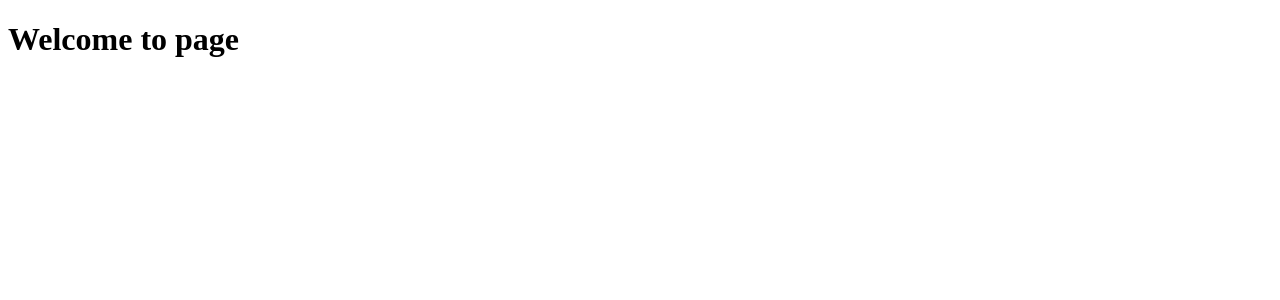
Repository: Senyadt2/Projects-On-Java
Page: http://localhost/JSPDemo1/
The author's editor kept a copy of each file at every save. The page is drawn from the files as they stood at one save, then again after the next save.
The browser window is 1280 px wide. The pictures show the whole page.
The page is served by Tomcat 9.

Above is the page before, as saved 2024-03-25 04:57:19.

### JSPDemo1/src/main/webapp/index.jsp
<%@ page language="java" contentType="text/html; charset=ISO-8859-1"
    pageEncoding="ISO-8859-1"%>
<!DOCTYPE html>
<html>
<head>
<meta charset="ISO-8859-1">
<title>Insert title here</title>
</head>
<body>
	<h1>Welcome to page</h1>
	<% String name = "Ravi";
	int length = name.length();
	%>

	<% %>
</body>
</html>

After the next save:
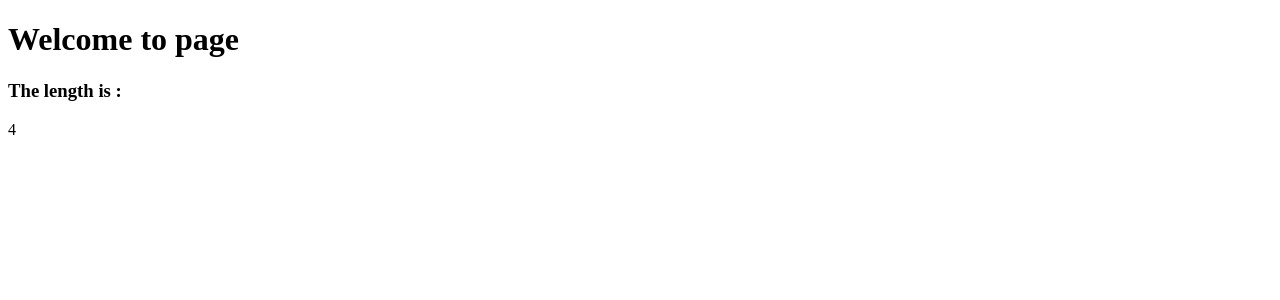
Saved 15 s later.
--- a/JSPDemo1/src/main/webapp/index.jsp
+++ b/JSPDemo1/src/main/webapp/index.jsp
@@ -12,6 +12,6 @@
 	int length = name.length();
 	%>
 
-	<% %>
+  <h3>The length is :</h3>	<%= length %>
 </body>
 </html>
